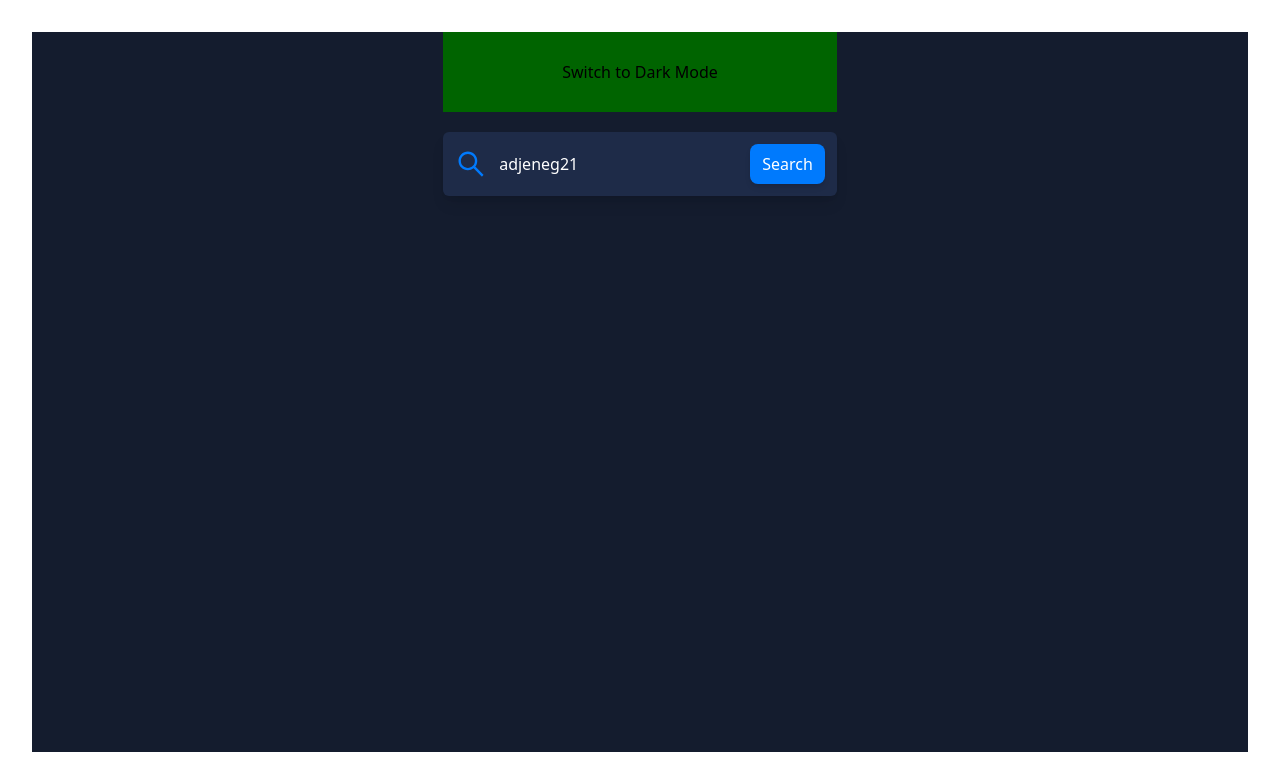
Repository: Gabriel221-dev/Git-Project
Page: /
An editor plug-in stored every save of this project. The page is shown before and after the next save, followed by the edit.
The browser window is 1280 px wide. The pictures show the whole page.
The page's requests for data from a server got no answer. The project was rebuilt for these pictures with package versions that can differ from the ones it lists, and the page was loaded fresh each time. No one was signed in, and anything a server would have sent is missing. Also part of the build but not shown: vite.config.js, src/components/Preview/Preview.jsx.

Above is the page before, as saved 2024-06-28 12:12:58.

### src/App.jsx
// import { useState } from "react";
// import "./App.css";
// import Search from "./components/Search/Search";
// import Preview from "./components/Preview/Preview";
// import DarkAndLightBtn from "./components/DarkAndLightBtn/DarkAndLightBtn";

// function App() {
//   const [data, setData] = useState({});
//   const [isLoading, setIsLoading] = useState(true);

//   return (
//     <div className="flex flex-col gap-5 h-screen w-full justify-center items-center bg-dark-bg">
//       <div>
//         <DarkAndLightBtn />
//         <Search setData={setData} setIsLoading={setIsLoading} />
//       </div>
//       <div>
//         <Preview
//           avatarUrl={data.avatar_url}
//           blog={data.blog}
//           email={data.email}
//           followers={data.followers}
//           following={data.following}
//           location={data.location}
//           login={data.login}
//           name={data.name}
//           public_repos={data.public_repos}
//           twitter={data.twitter}
//           isLoading={isLoading}
//           bio={data.bio}
//           joinedAt={data.created_at?.split("T")[0]}
//         />
//       </div>
//     </div>
//   );
// }

// export default App;

import { useState } from "react";
import "./App.css";
import Search from "./components/Search/Search";
import Preview from "./components/Preview/Preview";

function App() {
  const [data, setData] = useState(null);
  const [isLoading, setIsLoading] = useState(false);
  const [isDarkMode, setIsDarkMode] = useState(false);

  const toggleTheme = () => {
    setIsDarkMode((prevMode) => !prevMode);
  };

  return (
    <div className="flex flex-col gap-5 h-screen w-100% justify-content items-center bg-dark-bg">
      <div
        className={`App ${
          isDarkMode ? "dark" : ""
        } min-h-screen flex flex-col items-center gap-5`}
      >
        <div
          className={`w-full p-5 ${
            isDarkMode
              ? "bg-dark-background text-dark-text"
              : "bg-light-green text-light-text"
          }`}
        >
          <button
            onClick={toggleTheme}
            className={`${
              isDarkMode
                ? "bg-dark-primary text-dark-text"
                : "bg-light-primary text-light-text"
            } p-2 rounded-md`}
          >
            Switch to {isDarkMode ? "Light" : "Dark"} Mode
          </button>
        </div>
        <Search setData={setData} setIsLoading={setIsLoading} />
        {data && (
          <Preview
            avatarUrl={data.avatar_url}
            name={data.name}
            login={data.login}
            public_repos={data.public_repos}
            followers={data.followers}
            following={data.following}
            location={data.location}
            blog={data.blog}
            twitter={data.twitter_username}
            email={data.email}
            isLoading={isLoading}
            bio={data.bio}
            joinedAt={new Date(data.created_at).toLocaleDateString()}
          />
        )}
      </div>
    </div>
  );
}

export default App;

### src/App.css
#root {
  max-width: 100%;
  margin: 0 auto;
  padding: 2rem;
  text-align: center;
}

.logo {
  height: 6em;
  padding: 1.5em;
  will-change: filter;
  transition: filter 300ms;
}
.logo:hover {
  filter: drop-shadow(0 0 2em #646cffaa);
}
/* .logo.react:hover {
  filter: drop-shadow(0 0 2em #61dafbaa);
} */

@keyframes logo-spin {
  from {
    transform: rotate(0deg);
  }
  to {
    transform: rotate(360deg);
  }
}

@media (prefers-reduced-motion: no-preference) {
  a:nth-of-type(2) .logo {
    animation: logo-spin infinite 20s linear;
  }
}

.card {
  padding: 2em;
}

.read-the-docs {
  color: #888;
}

### src/components/Search/Search.jsx
import React, { useEffect, useState } from "react";

function Search({ setData, setIsLoading }) {
  const [userName, setUserName] = useState("adjeneg21");
  const [error, setError] = useState("");
  const handleClick = async () => {
    setIsLoading(true);
    setError("");
    const data = await fetch(`https://api.github.com/users/${userName}`);
    if (!data.ok) {
      if (data.status === 404) {
        throw new Error("user not found");
      } else {
        throw new Error("something went wrong. Please try again");
      }
    }
    const userData = await data.json();
    setData(userData);
    setError(error.message);
    setIsLoading(false);
    console.log(userData);
  };

  useEffect(() => {
    handleClick();
  }, []);
  return (
    <div className="flex bg-dark-gray p-3 gap-5 rounded-md shadow-lg ">
      <div className="flex items-center gap-3">
        <span>
          {" "}
          <svg
            className="text-dark-blue"
            viewBox="0 0 1024 1024"
            fill="currentColor"
            height="2em"
            width="2em"
          >
            <path d="M909.6 854.5L649.9 594.8C690.2 542.7 712 479 712 412c0-80.2-31.3-155.4-87.9-212.1-56.6-56.7-132-87.9-212.1-87.9s-155.5 31.3-212.1 87.9C143.2 256.5 112 331.8 112 412c0 80.1 31.3 155.5 87.9 212.1C256.5 680.8 331.8 712 412 712c67 0 130.6-21.8 182.7-62l259.7 259.6a8.2 8.2 0 0011.6 0l43.6-43.5a8.2 8.2 0 000-11.6zM570.4 570.4C528 612.7 471.8 636 412 636s-116-23.3-158.4-65.6C211.3 528 188 471.8 188 412s23.3-116.1 65.6-158.4C296 211.3 352.2 188 412 188s116.1 23.2 158.4 65.6S636 352.2 636 412s-23.3 116.1-65.6 158.4z" />
          </svg>
        </span>
        <input
          className="bg-transparent outline-none text-white"
          value={userName}
          onChange={(e) => setUserName(e.target.value)}
          type="text"
          placeholder="Search Github Username..."
        />
      </div>
      <div>
        <button
          onClick={handleClick}
          className="bg-dark-blue rounded-lg px-3 py-2 text-white shadow-md "
        >
          Search
        </button>
      </div>
    </div>
  );
}

export default Search;

### tailwind.config.js
/** @type {import('tailwindcss').Config} */
export default {
  content: [
    "./index.html",
    "./src/**/*.{js,ts,jsx,tsx}",
  ],
  theme: {
    extend: {
      colors:{
        "dark-bg":"#141c2e",
        "dark-gray":"#1e2b48",
        "dark-blue":"#007afd",
        "light-green" : "#006400",
      }
    },
  },
  plugins: [],
}

Loaded but not shown: index.html (common file); src/main.jsx (common file); src/index.css (common file)

After the next save:
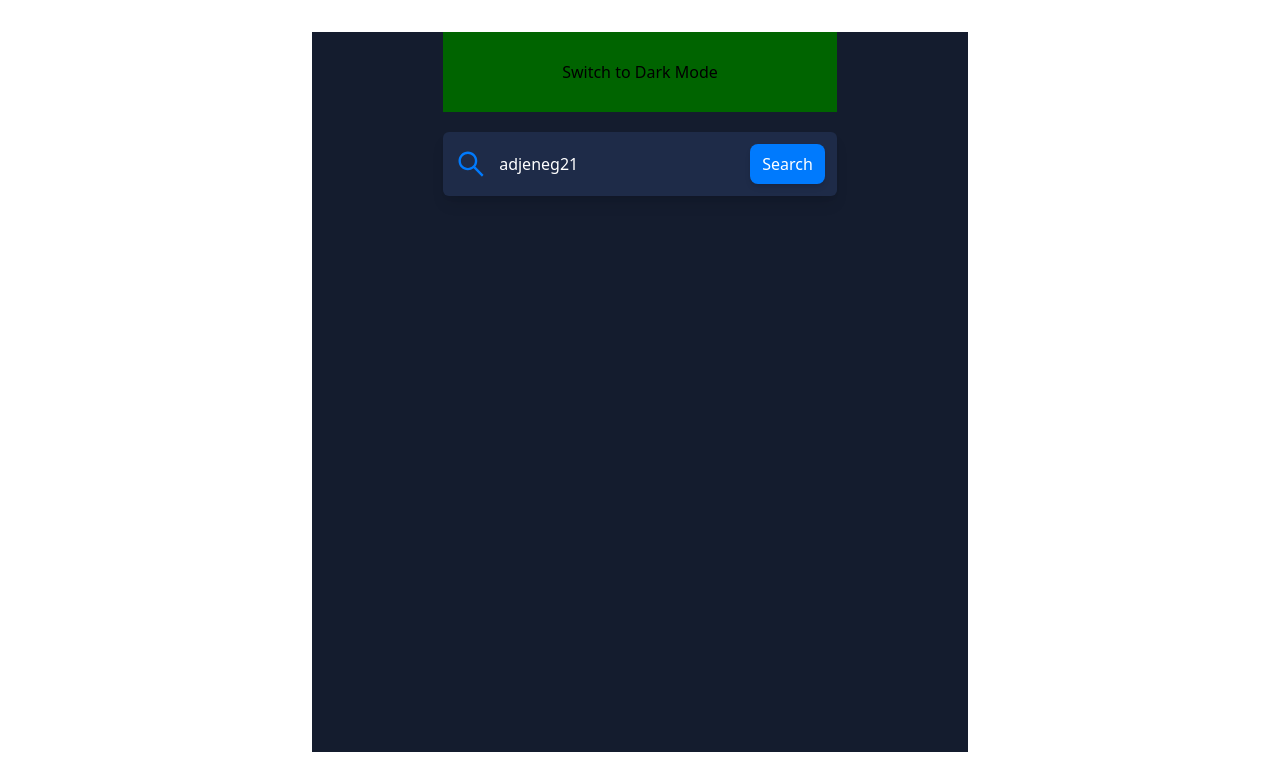
Saved 21 s later.
--- a/src/App.css
+++ b/src/App.css
@@ -1,5 +1,5 @@
 #root {
-  max-width: 100%;
+  max-width: 100vh;
   margin: 0 auto;
   padding: 2rem;
   text-align: center;

After the save that followed:
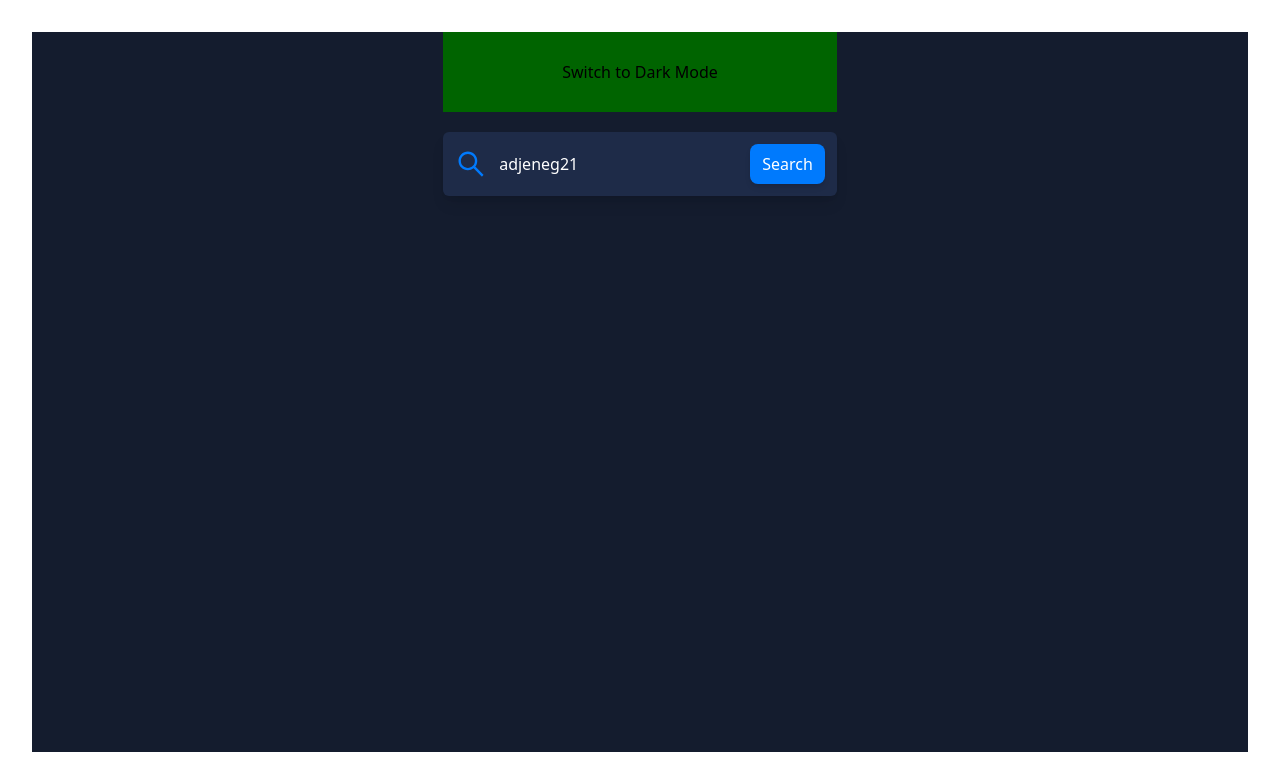
Saved 9 s later.
--- a/src/App.css
+++ b/src/App.css
@@ -1,5 +1,5 @@
 #root {
-  max-width: 100vh;
+  max-width: 1000vh;
   margin: 0 auto;
   padding: 2rem;
   text-align: center;
